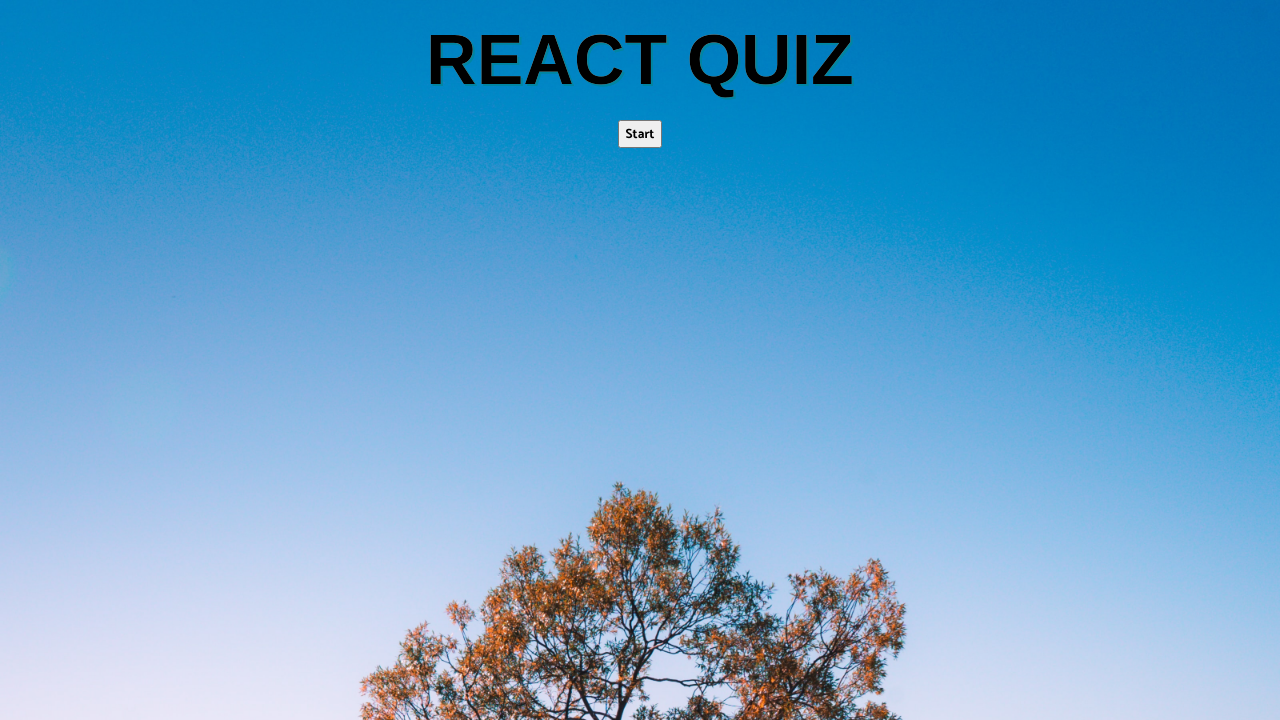
Repository: ducanhaep/ts-react-quiz
Page: /
These files come from the project's save history. The page is drawn as it stood at one moment and after the next save; the edit follows.
The browser window is 1280 px wide. The pictures show the whole page.
The project was rebuilt for these pictures with package versions that can differ from the ones it lists, and the page was loaded fresh each time. Also part of the build but not shown: src/components/QuestionCard.tsx.

Above is the page before, as saved 2021-10-16 00:36:35.

### public/index.html
<!DOCTYPE html>
<html lang="en">

<head>
  <meta charset="utf-8" />
  <link rel="icon" href="%PUBLIC_URL%/favicon.ico" />
  <meta name="viewport" content="width=device-width, initial-scale=1" />
  <meta name="theme-color" content="#000000" />
  <meta name="description" content="Web site created using create-react-app" />
  <link rel="apple-touch-icon" href="%PUBLIC_URL%/logo192.png" />
  <link rel="preconnect" href="https://fonts.googleapis.com">
  <link rel="preconnect" href="https://fonts.gstatic.com" crossorigin>
  <link href="https://fonts.googleapis.com/css2?family=Catamaran:wght@700&display=swap" rel="stylesheet">
  <!--
      manifest.json provides metadata used when your web app is installed on a
      user's mobile device or desktop. See https://developers.google.com/web/fundamentals/web-app-manifest/
    -->
  <link rel="manifest" href="%PUBLIC_URL%/manifest.json" />
  <!--
      Notice the use of %PUBLIC_URL% in the tags above.
      It will be replaced with the URL of the `public` folder during the build.
      Only files inside the `public` folder can be referenced from the HTML.

      Unlike "/favicon.ico" or "favicon.ico", "%PUBLIC_URL%/favicon.ico" will
      work correctly both with client-side routing and a non-root public URL.
      Learn how to configure a non-root public URL by running `npm run build`.
    -->
  <title>React App</title>
</head>

<body>
  <noscript>You need to enable JavaScript to run this app.</noscript>
  <div id="root"></div>
  <!--
      This HTML file is a template.
      If you open it directly in the browser, you will see an empty page.

      You can add webfonts, meta tags, or analytics to this file.
      The build step will place the bundled scripts into the <body> tag.

      To begin the development, run `npm start` or `yarn start`.
      To create a production bundle, use `npm run build` or `yarn build`.
    -->
</body>

</html>

### src/App.tsx
import React, { useState } from "react";
import { fetchQuizQuestions } from "./API";
// Types
import { Difficulty, QuestionState } from "./API";
import QuestionCard from "./components/QuestionCard";

// Styles
import { GlobalStyle, Wrapper } from "./App.styles";
export type AnswerObject = {
  question: string;
  answer: string;
  correct: boolean;
  correctAnswer: string;
};

// Components

const TOTAL_QUESTIONS = 10;
function App() {
  const [loading, setLoading] = useState(false);
  const [questions, setQuestions] = useState<QuestionState[]>([]);
  const [number, setNumber] = useState(0);
  const [userAnswers, setUserAnswers] = useState<AnswerObject[]>([]);
  const [score, setScore] = useState(0);
  const [gameOver, setGameOver] = useState(true);

  const startTrivia = async () => {
    setLoading(true);
    setGameOver(false);
    const newQuestions = await fetchQuizQuestions(
      TOTAL_QUESTIONS,
      Difficulty.EASY
    );

    setQuestions(newQuestions);
    setScore(0);
    setUserAnswers([]);
    setNumber(0);
    setLoading(false);
  };
  console.log(questions);
  const checkAnswer = (e: React.MouseEvent<HTMLButtonElement>) => {
    if (!gameOver) {
      // Users answer
      const answer = e.currentTarget.value;

      // Check answer against correct answer
      const correct = questions[number].correct_answer === answer;
      // Add score if answer is correct
      if (correct) {
        setScore((prev) => prev + 1);
      }

      // Save answer in the array for user answers
      const answerObject = {
        question: questions[number].question,
        answer,
        correct,
        correctAnswer: questions[number].correct_answer,
      };

      setUserAnswers((prev) => [...prev, answerObject]);
    }
  };

  const nextQuestion = () => {
    // Move on to the next question if not the last question
    const nextQuestion = number + 1;
    if (nextQuestion === TOTAL_QUESTIONS) {
      setGameOver(true);
    } else {
      setNumber(nextQuestion);
    }
  };

  return (
    <>
      <GlobalStyle />
      <Wrapper className="App">
        <h1>REACT QUIZ</h1>
        {gameOver || userAnswers.length === TOTAL_QUESTIONS ? (
          <button className="start" onClick={startTrivia}>
            Start
          </button>
        ) : null}
        {!gameOver ? <p className="score">Score: {score}</p> : null}
        {loading && <p>Loading Questions ...</p>}
        {!loading && !gameOver && (
          <QuestionCard
            questionNr={number + 1}
            totalQuestions={TOTAL_QUESTIONS}
            question={questions[number].question}
            answers={questions[number].answers}
            userAnswer={userAnswers ? userAnswers[number] : undefined}
            callback={checkAnswer}
          />
        )}
        {!gameOver &&
        !loading &&
        userAnswers.length === number + 1 &&
        number !== TOTAL_QUESTIONS - 1 ? (
          <button className="next" onClick={nextQuestion}>
            Next Questions
          </button>
        ) : null}
      </Wrapper>
    </>
  );
}

export default App;

### src/API.ts
import { shuffleArray } from "./utils";
export type Question = {
  category: string;
  correct_answer: string;
  difficulty: string;
  incorrect_answers: string[];
  question: string;
  type: string;
};

export type QuestionState = Question & { answers: string[] };

export enum Difficulty {
  EASY = "easy",
  MEDIUM = "medium",
  HARD = "hard",
}
export const fetchQuizQuestions = async (
  amount: number,
  difficulty: Difficulty
) => {
  const endpoint = `https://opentdb.com/api.php?amount=${amount}&difficulty=${difficulty}&type=multiple`;
  const data = await (await fetch(endpoint)).json();
  return data.results.map((question: Question) => ({
    ...question,
    answers: shuffleArray([
      ...question.incorrect_answers,
      question.correct_answer,
    ]),
  }));
};

### src/App.styles.ts
import styled, { createGlobalStyle } from "styled-components";
import BGImage from "./images/natu.jpg";

export const GlobalStyle = createGlobalStyle`
  html {
    height:100%auto;
  }

  body {
    background-image: url(${BGImage});
    background-size: cover;
    margin: 0;
    padding: 0 20px;
    display: flex;
    justify-content: center;
  }

  * {
    box-sizing: border-box;
    font-family: "Catamaran", sans-serif;
  }
`;

export const Wrapper = styled.div`
  display: flex;
  flex-direction: column;
  align-items: center;
  > p {
    color: #fff;
  }

  .score {
    color: #fff;
    font-size: 2rem;
    margin: 0;
  }

  h1 {
    font-family: Fascinate Inline, Haettenschweiler, "Arial Narrow Bold",
      sans-serif;
    background-image: linear-gradient(180deg, #fff, #87f1ff);
    background-size: 100%;
    background-clip: text;
    --webkit-background-clip: text;
    --webkit-text-fill-color: transparent;
    --moz-background-clip: text;
    --moz-text-fill-color: transparent;
    filter: drop-shadow(2px 2px #0085a3);
    font-size: 70px;
    text-align: center;
    margin: 20px;
  }
`;

Loaded but not shown: src/index.tsx (common file); src/utils.ts (common file)

After the next save:
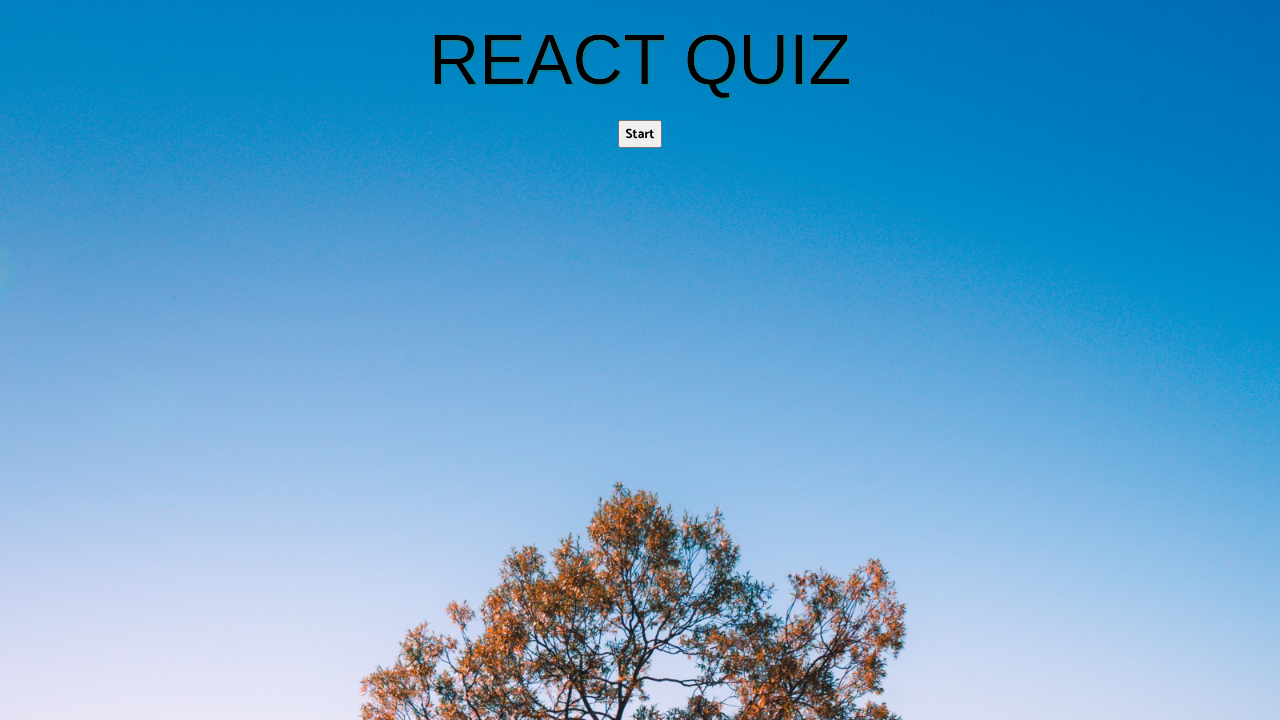
Saved 21 s later.
--- a/src/App.styles.ts
+++ b/src/App.styles.ts
@@ -49,5 +49,6 @@ export const Wrapper = styled.div`
     font-size: 70px;
     text-align: center;
     margin: 20px;
+    font-weight: 400;
   }
 `;
